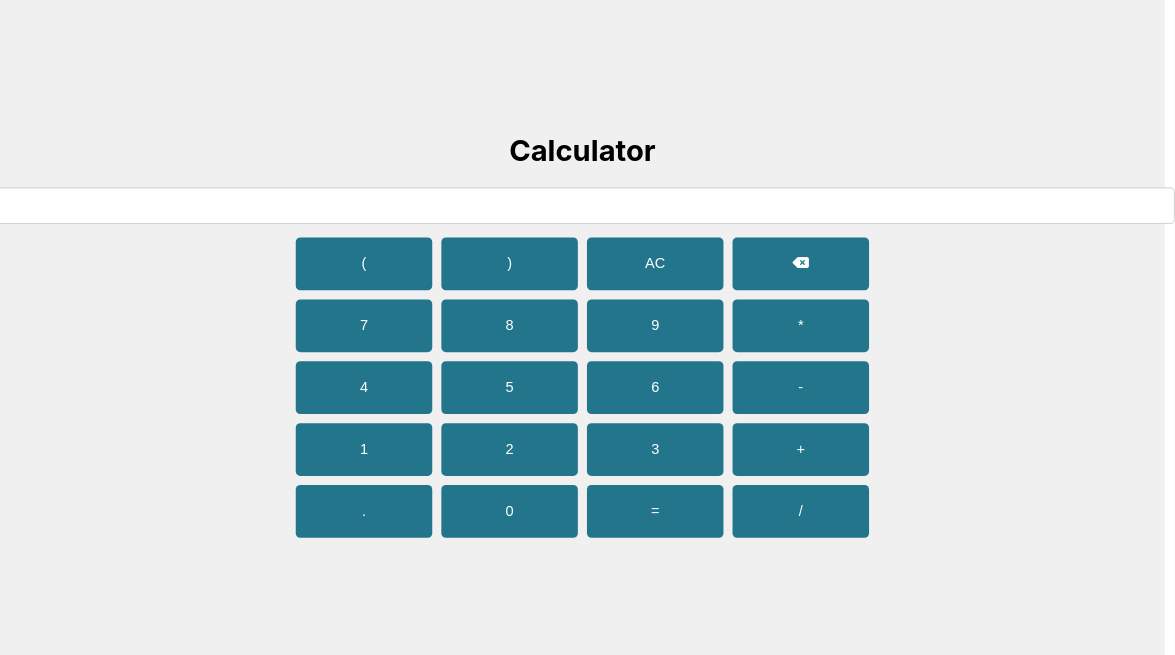
Repository: thesaherriaz/Calculator-React
Page: /
An editor plug-in stored every save of this project. The page is shown before and after a run of saves, followed by the edit.
The browser window is 1280 px wide. The page is 1291 px wide, then 1280 px, so the pictures cover 1291 px, including what lies to the right of the window. The pictures show the whole page, at 91% of full size.
The project was rebuilt for these pictures with package versions that can differ from the ones it lists, and the page was loaded fresh each time.

Above is the page before, as saved 2025-06-18 15:11:12.

### public/index.html
<!DOCTYPE html>
<html lang="en">
  <head>
    <meta charset="utf-8" />
    <link rel="icon" href="%PUBLIC_URL%/favicon.ico" />
    <meta name="viewport" content="width=device-width, initial-scale=1" />
    <meta name="theme-color" content="#000000" />
    <meta
      name="description"
      content="Web site created using create-react-app"
    />
    <link rel="apple-touch-icon" href="%PUBLIC_URL%/logo192.png" />
    <link rel="stylesheet" href="https://cdnjs.cloudflare.com/ajax/libs/font-awesome/6.0.0/css/all.min.css">
    <!--
      manifest.json provides metadata used when your web app is installed on a
      user's mobile device or desktop. See https://developers.google.com/web/fundamentals/web-app-manifest/
    -->
    <link rel="manifest" href="%PUBLIC_URL%/manifest.json" />
    <!--
      Notice the use of %PUBLIC_URL% in the tags above.
      It will be replaced with the URL of the `public` folder during the build.
      Only files inside the `public` folder can be referenced from the HTML.

      Unlike "/favicon.ico" or "favicon.ico", "%PUBLIC_URL%/favicon.ico" will
      work correctly both with client-side routing and a non-root public URL.
      Learn how to configure a non-root public URL by running `npm run build`.
    -->
    <title>React App</title>
  </head>
  <body>
    <noscript>You need to enable JavaScript to run this app.</noscript>
    <div id="root"></div>
    <!--
      This HTML file is a template.
      If you open it directly in the browser, you will see an empty page.

      You can add webfonts, meta tags, or analytics to this file.
      The build step will place the bundled scripts into the <body> tag.

      To begin the development, run `npm start` or `yarn start`.
      To create a production bundle, use `npm run build` or `yarn build`.
    -->
  </body>
</html>

### src/App.js
import React from 'react'
import Calculator from './compnents/Calculator'

function App() {
  return (
    <Calculator />
  )
}

export default App

### src/compnents/Calculator.jsx
import React from 'react'
import './Calculator.css'
function Calculator() {
  return (
    <>
        <div className="Calculator">
            <h1>Calculator</h1>
            <input className='input-box' type="text" name="input" id="input" />
            <div>
                <button className='btn-cal'>(</button>
                <button className='btn-cal'>)</button>
                <button className='btn-cal'>AC</button>
                <button className='btn-cal'><i class="fa-solid fa-delete-left"></i></button> <br />
                <button className='btn-cal'>7</button>
                <button className='btn-cal'>8</button>
                <button className='btn-cal'>9</button>
                <button className='btn-cal'>*</button> <br />
                <button className='btn-cal'>4</button>
                <button className='btn-cal'>5</button>
                <button className='btn-cal'>6</button>
                <button className='btn-cal'>-</button> <br />
                <button className='btn-cal'>1</button>
                <button className='btn-cal'>2</button>
                <button className='btn-cal'>3</button>
                <button className='btn-cal'>+</button> <br />
                <button className='btn-cal'>.</button>
                <button className='btn-cal'>0</button>
                <button className='btn-cal'>=</button>
                <button className='btn-cal'>/</button>
            </div>
        </div>
    </>
  )
}

export default Calculator

### src/compnents/Calculator.css
.Calculator {
  display: flex;
  flex-direction: column;
  align-items: center;
  justify-content: center;
  height: 100vh;
  background-color: #f0f0f0;
}
.btn-cal{
  background-color: #23758c;
  width: 150px;
  color: white;
  border: none;
  padding: 20px;
  font-size: 16px;
  cursor: pointer;
  border-radius: 5px;
  margin: 5px;
  transition: background-color 0.3s ease;
}

.input-box {
  width: 100%;
  padding: 10px;
  font-size: 16px;
  border: 1px solid #ccc;
  border-radius: 5px;
  margin-bottom: 10px;
}

Loaded but not shown: src/index.js (common file); src/index.css (common file); src/reportWebVitals.js (common file)

After the next 4 saves:
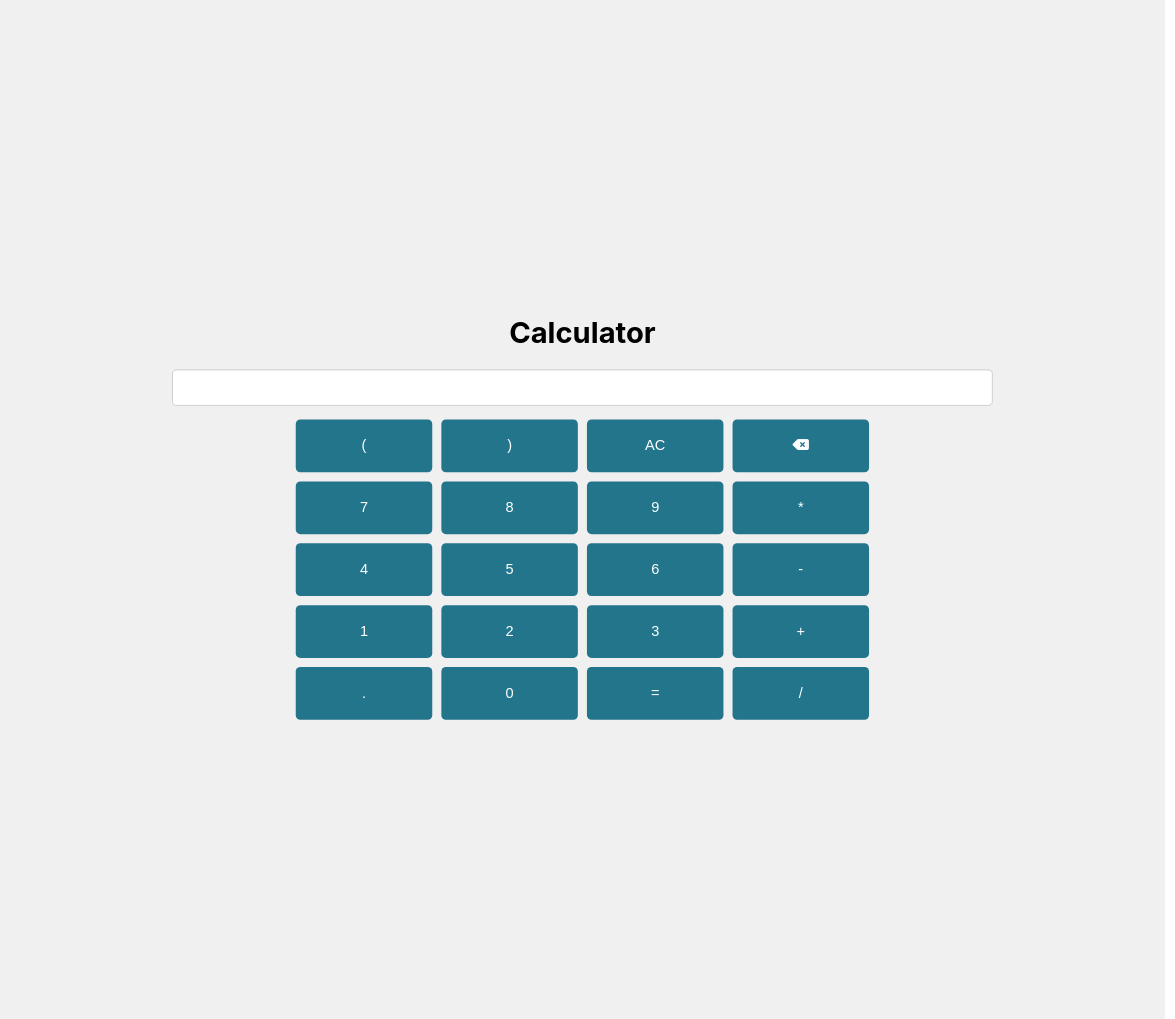
The 4 saves are shown as one change because they came seconds apart.
The last was saved 21 s later.
--- a/src/compnents/Calculator.css
+++ b/src/compnents/Calculator.css
@@ -5,6 +5,7 @@
   justify-content: center;
   height: 100vh;
   background-color: #f0f0f0;
+  padding: 200px;
 }
 .btn-cal{
   background-color: #23758c;
